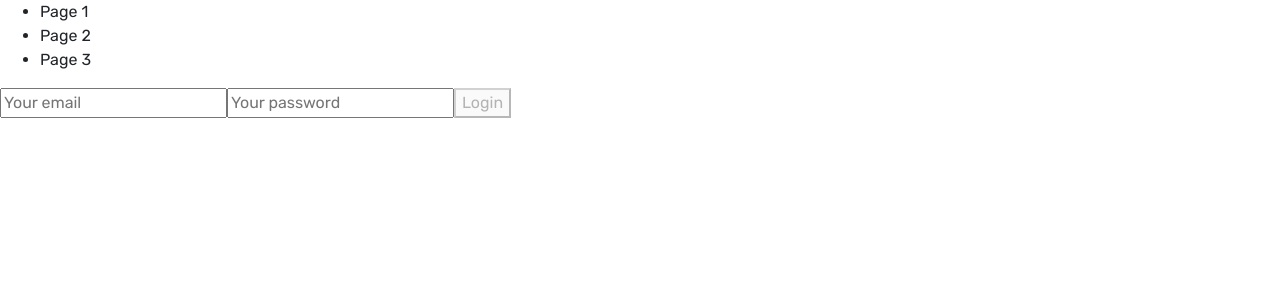
Repository: SCScbc-Projects2022/project-three
Page: / (app in client/)
The author's editor kept a copy of each file at every save. The page is drawn from the files as they stood at one save, then again after the next save.
The browser window is 1280 px wide. The pictures show the whole page.
The project was rebuilt for these pictures with package versions that can differ from the ones it lists, and the page was loaded fresh each time.

Above is the page before, as saved 2022-07-18 10:04:23.

After the next save:
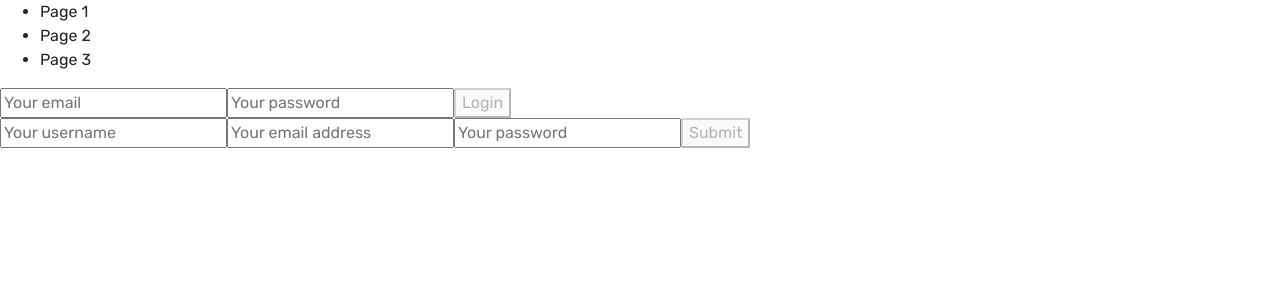
Saved 4 s later.
--- a/client/src/App.js
+++ b/client/src/App.js
@@ -38,6 +38,7 @@ function App() {
       <>
         <Navbar />
         <LoginForm />
+        <SignupForm />
       </>
     </ApolloProvider>
   );
